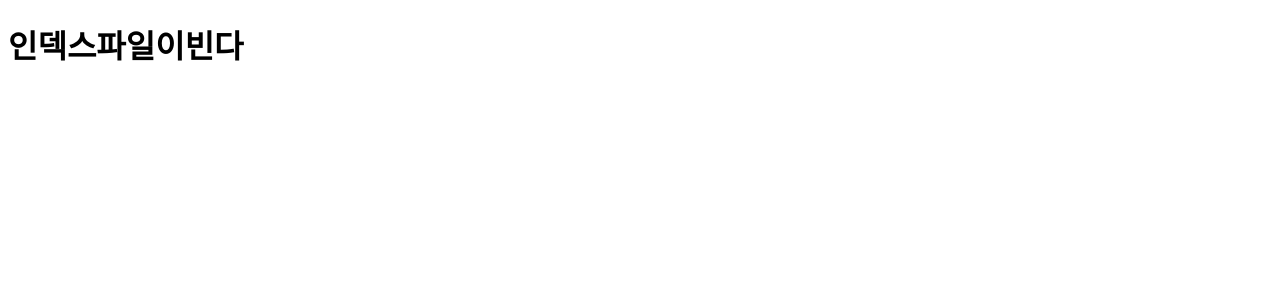
Repository: loseminho/khAcademy-Study
Page: http://localhost/01_SpringMVC/
The author's editor kept a copy of each file at every save. The page is drawn from the files as they stood at one save, then again after the next save.
The browser window is 1280 px wide. The pictures show the whole page.
The page is served by Tomcat 9.

Above is the page before, as saved 2022-09-29 08:02:11.

After the next save:
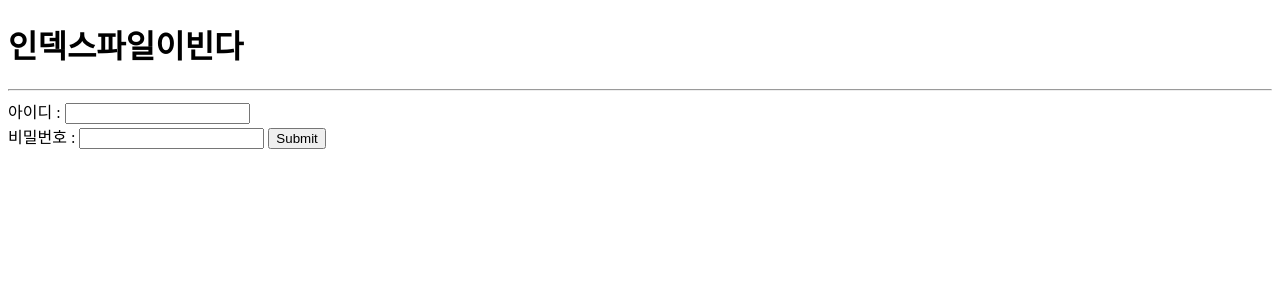
Saved 60 s later.
--- a/spring/workspace-sts-3.9.13.RELEASE/01_SpringMVC/src/main/webapp/index.jsp
+++ b/spring/workspace-sts-3.9.13.RELEASE/01_SpringMVC/src/main/webapp/index.jsp
@@ -9,5 +9,11 @@
 <body>
 <%System.out.println("접속이 들어왔습니다!");%>
 	<h1>인덱스파일이빈다</h1>
+	<hr>
+	<form action="/login.do" method="post">
+		아이디 : <input type="text" name="memberId"><br>
+		비밀번호 : <input type="password" name="memberPw">
+		<input type="submit">
+	</form>
 </body>
 </html>
